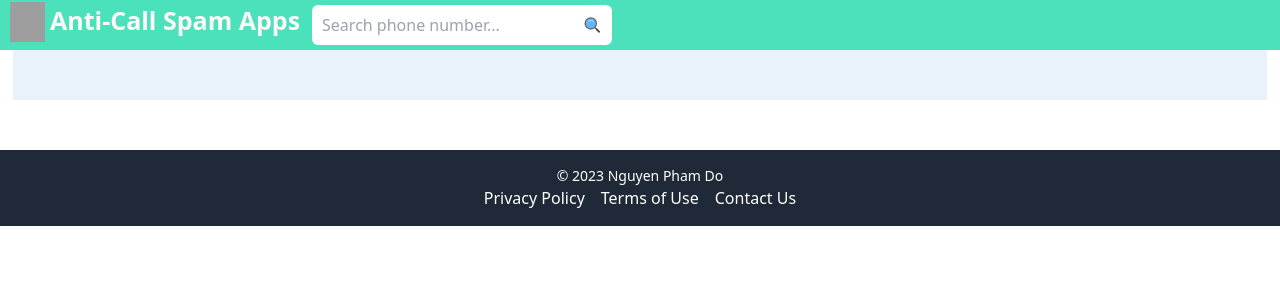
Repository: NPham1402/Web-user-callSpamBlocker
Page: /detail
These files come from the project's save history. The page is drawn as it stood at one moment and after the next save; the edit follows.
The browser window is 1280 px wide. The pictures show the whole page.
Pictures or frames that could not be fetched are drawn as grey boxes. The project was rebuilt for these pictures with package versions that can differ from the ones it lists, and the page was loaded fresh each time. The framework's server and built-in components were replaced by stand-ins that run in the browser. Also part of the build but not shown: next.config.js.

Above is the page before, as saved 2023-02-09 22:01:06.

After the next save:
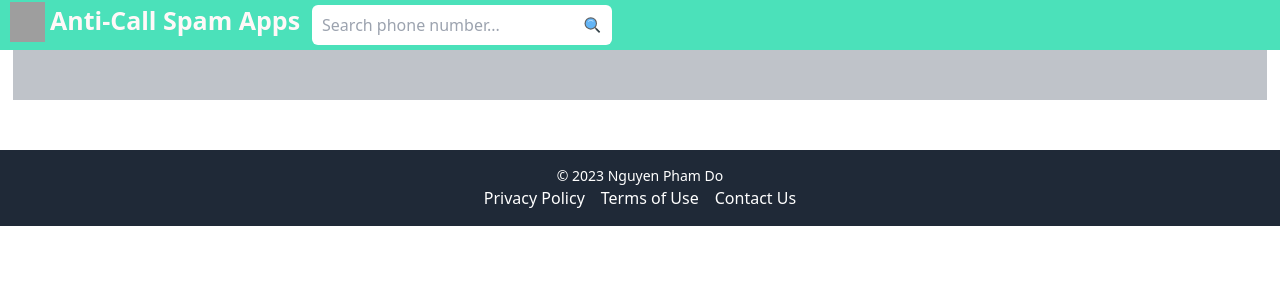
Saved 31 s later.
--- a/pages/detail.js
+++ b/pages/detail.js
@@ -33,7 +33,7 @@ function detail() {
             <FcSearch className="text-[20px] cursor-pointer" />
           </div>
         </div>
-        <div className="w-[98%] mx-auto h-[50px] bg-[#e9f1fb]"></div>
+        <div className="w-[98%] mx-auto h-[50px] bg-[#bfc3c9]"></div>
       </main>
       <footer class="bg-gray-800 mt-[50px] text-white py-4">
         <div class="container mx-auto">
